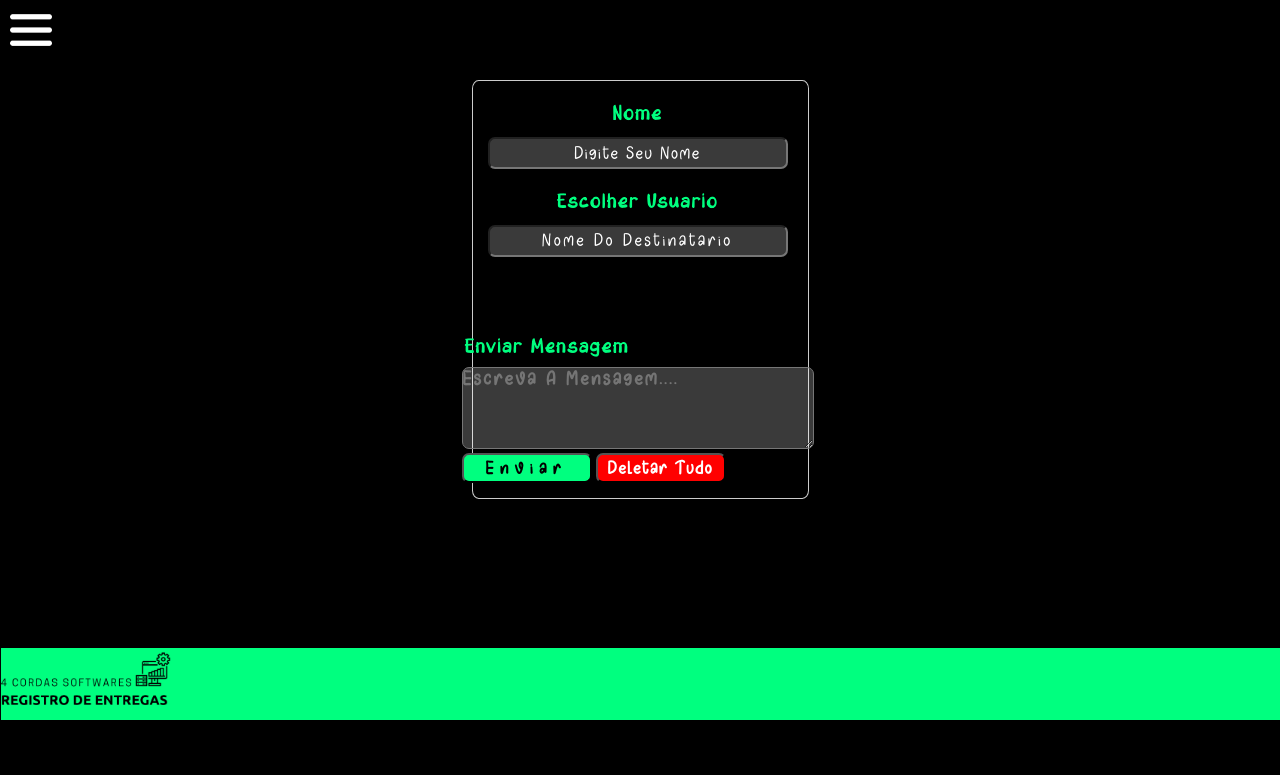
Repository: alfredo-allan/relatorioentregas
Page: pages/chatapp.html
The author's editor kept a copy of each file at every save. The page is drawn from the files as they stood at one save, then again after a run of saves.
The browser window is 1280 px wide. The pictures show the whole page.
The page's requests for data from a server got no answer.

Above is the page before, as saved 2024-05-16 22:16:49.
Console error: TypeError: Cannot read properties of null (reading 'addEventListener')

### pages/chatapp.html
<!DOCTYPE html>
<html lang="pt-BR">
  <head>
    <meta charset="UTF-8" />
    <meta name="viewport" content="width=device-width, initial-scale=1.0" />
    <link rel="stylesheet" href="../style/mediaqueries.css" />
    <link rel="stylesheet" href="../style/styles.css" />
    <style>
      @media screen and (min-width: 800px) and (max-width: 2050px) {
        footer img {
          width: 170px;
          height: 60px;
        }
        /* Outros estilos específicos para resoluções entre 1900px e 3090px */
      }
      * {
        padding: 0;
      }

      footer {
        position: fixed;
        bottom: 0;
        width: 100%;
        background-color: #00ff7f;
        margin: 0;
        padding: 0;
        margin-left: -7px;
      }
      @media screen and (min-width: 300px) and (max-width: 600px) {
        footer {
          height: 6vh;
        }
      }

      @media screen and (min-width: 800px) and (max-width: 2050px) {
        #menu-options img {
          width: 206px;
          position: relative;
          margin: 13px;
          margin-top: -44px;
          border-bottom: 1px solid black; /* Adiciona uma linha preta na parte inferior da imagem */
        }
        #menu-options {
          width: 25%;
          height: 54vh;
        }
        footer {
          position: fixed;
          bottom: 0;
          width: 100%;
          background-color: #00ff7f;
          margin: 0;
          padding: 0;
          margin-left: -7px;
        }
      }
    </style>
    <link rel="icon" type="image/x-icon" href="../favicon.ico" />
    <title>ChatApp</title>
  </head>
  <body>
    <header id="ChatApp">
      <img id="menu-icon" src="../img/barra-de-menu.png" alt="" />
      <div id="menu-options">
        <ul>
          <span
            id="close-icon"
            style="
              color: black;
              position: absolute;
              line-height: 0;
              font-size: 30px;
              margin-top: -20px;
              cursor: pointer;
            "
            >X</span
          >
          <img src="../img/4 cordassof.png" alt="" />
          <br />
          <a href="../index.html"><li>Home</li></a>
          <a href="../cdsentregas.html"><li>Registrar Entrega</li></a>
          <a href="../pages/apagar.html"><li>Apagar Entrega</li></a>
          <a href="../pages/consultar.html"><li>Consultar Entregas</li></a>
          <a href="../pages/registrar.html"><li>Registar-Se</li></a>
          <a href="../pages/sobre.html"><li>Sobre a 4cordas</li></a>
          <a href="../pages/instrucao.html"><li>Ajuda</li></a>
        </ul>
      </div>
      <!-- <h1 id="textchat">Chat Entregas</h1> -->
      <!-- <img id="imgchat" src="../img/bater-papo.png" alt="" /> -->
    </header>
    <div id="myModal" class="modal">
      <div class="modal-content">
        <span class="close">&times;</span>
        <p>Mensagem Enviada Com Sucesso!</p>
      </div>
    </div>
    <div id="form">
      <div id="consulta" class="column">
        <span>Nome</span>
        <input id="nomeusuario" type="text" placeholder="Digite Seu Nome" />
        <span>Escolher Usuário</span>
        <input placeholder="Nome Do Destinátario" id="lstUsu" type="text" />
        <div id="msgEnviar">
      <span>Enviar Mensagem</span> <br />
      <textarea
        placeholder="Escreva A Mensagem...."
        id="enviarMsg"
        type="text"
      ></textarea>
        <div id="btns">
          <button id="enviarmsg">Enviar</button>
          <button id="delMsg">Deletar Tudo</button>
        </div>
      </div>
    </div>
      <!-- <img id="imgEnviarmsg" src="../img/enviar-mensagem.png" alt="" /> -->
    </div>
    <footer>
      <img src="../img/4 cordassof.png" alt="" />
    </footer>
    <script>
      const inputNomeUsuario = document.getElementById("nomeusuario");

      inputNomeUsuario.addEventListener("input", () => {
        const nomeUsuario = inputNomeUsuario.value;

        fetch(`http://192.168.10.20:8033/usuarios/${nomeUsuario}`)
          .then((response) => {
            if (response.ok) {
              return response.json();
            } else {
              throw new Error("Usuário não encontrado");
            }
          })
          .then((data) => {
            console.log("Usuário encontrado:", data);
          })
          .catch((error) => {
            console.error("Erro:", error);
          });
      });
    </script>

    // Adicione este script abaixo do botão 'Selecionar' no seu HTML

    <script>
      const buttonSelecionar = document.getElementById("ctsUsu");

      buttonSelecionar.addEventListener("click", () => {
        const nomeUsuario = document.getElementById("lstUsu").value;

        fetch(`http://192.168.10.20:8033/usuarios/${nomeUsuario}`)
          .then((response) => {
            if (response.ok) {
              return response.json();
            } else {
              throw new Error("Usuário não encontrado");
            }
          })
          .then((data) => {
            console.log("Destinatário encontrado:", data);
          })
          .catch((error) => {
            console.error("Erro:", error);
          });
      });
    </script>

    // Adicione este script abaixo do botão 'Enviar' no seu HTML

    <script>
      const buttonEnviar = document.getElementById("enviarmsg");

      buttonEnviar.addEventListener("click", () => {
        const sender = document.getElementById("nomeusuario").value;
        const recipient = document.getElementById("lstUsu").value;
        const message = document.getElementById("enviarMsg").value;

        fetch("http://192.168.10.20:8033/enviar-mensagem", {
          method: "POST",
          headers: {
            "Content-Type": "application/json",
          },
          body: JSON.stringify({
            sender_username: sender,
            recipient_username: recipient,
            message: message,
          }),
        })
          .then((response) => {
            if (response.ok) {
              console.log("Mensagem enviada com sucesso");
            } else {
              throw new Error("Erro ao enviar mensagem");
            }
          })
          .catch((error) => {
            console.error("Erro:", error);
          });
      });
    </script>
    <script>
      let isTyping = false;

      // Função para verificar se o usuário está digitando
      function checkTyping() {
        const inputField = document.getElementById("enviarMsg");
        inputField.addEventListener("input", () => {
          isTyping = inputField.value.length > 0;
        });
      }

      function monitorNewMessages() {
        const nomeUsuario = document.getElementById("nomeusuario").value;

        // Lógica para buscar novas mensagens do servidor e inserir no campo msgEnviar
        fetch(`http://192.168.10.20:8033/mensagens/${nomeUsuario}`)
          .then((response) => {
            if (response.ok) {
              return response.json();
            } else {
              throw new Error("Erro ao buscar novas mensagens");
            }
          })
          .then((data) => {
            const messages = data; // Não precisamos acessar data.messages, pois a resposta do servidor já é uma lista de mensagens
            const msgEnviar = document.getElementById("msgEnviar");
            msgEnviar.innerHTML = ""; // Limpar mensagens antigas antes de adicionar as novas

            messages.forEach((message) => {
              const p = document.createElement("p");
              p.textContent = message.message; // A mensagem está no campo "message" do objeto de mensagem
              msgEnviar.appendChild(p);
            });
          })
          .catch((error) => {
            console.error("Erro ao buscar novas mensagens:", error);
          });
      }

      document.addEventListener("DOMContentLoaded", () => {
        monitorNewMessages();
      });

      // Adicionar esta função para limpar o campo de entrada após o envio de mensagem
      function limparCampoDeMensagem() {
        document.getElementById("enviarMsg").value = "";
      }
    </script>
    <script src="../script.js"></script>
  </body>
</html>

### style/mediaqueries.css
@media screen and (min-width: 300px) and (max-width: 600px) {
  footer {
    bottom: 0;
    img {
      display: none;
    }
    /* Outros estilos específicos para resoluções entre 1900px e 3090px */
  }

  @media screen and (min-width: 800px) and (max-width: 2050px) {
    footer img {
      width: 170px;
      height: 60px;
    }
  }
}

  @media screen and (min-width: 800px) and (max-width: 2050px) {
    #close-icon {
      margin-left: 250px;
    }
  }


@media screen and (min-width: 300px) and (max-width: 600px) {
  footer {
    height: 6vh;
    margin: 0;
    padding: 0;
    margin-top: 174px;
    position: absolute;
    width: 100%;
    margin-left: -7px;
  }
  #menu-options img {
    margin-top: -40px;
    border-bottom: 1px solid black; /* Adiciona uma linha preta na parte inferior da imagem */
    width: 210px;
  }
  #close-icon {
    margin-left: 224px;
  }
}

### style/styles.css
:root {
  --las-americas: "Las-americas", sans-serif;
  --gribble-font: "Gribble";
  --helootwuins-font: "HelooTwuins";
  --verde--color: #00ff7f;
}

body {
  background-color: black;
}

@font-face {
  font-family: "Las-americas";
  src: url("../fonts/las_americas/LasAmericas_PERSONAL_USE_ONLY.otf")
    format("truetype");
  /* Adicione mais formatos (e.g. woff, woff2) conforme necessário */
}

@font-face {
  font-family: "Gribble";
  src: url("../fonts/gribble/Gribble.ttf") format("truetype");
  /* Adicione mais formatos (e.g. woff, woff2) conforme necessário */
}

@font-face {
  font-family: "HelooTwuins";
  src: url("../fonts/hello_twins/HelloTwinsDEMO.otf") format("truetype");
  /* Adicione mais formatos (e.g. woff, woff2) conforme necessário */
}

header {
  img {
    width: 42px;
    margin-right: 14px;
    text-wrap: nowrap;
  }
}

footer {
  width: 100%;
  height: 10vh;
  background-color: #00ff7f;
  margin: 0;
  padding: 0;
}

img #menu-icon {
  margin-right: 20px;
  margin-left: -1%;
}

#text-top {
  text-align: center;
  font-family: var(--las-americas);
  color: white;
  letter-spacing: 1.2px;
  margin-top: 30px;
  font-size: 40px;
}

#delivery {
  color: red;
  font-family: var(--gribble-font);
  letter-spacing: 3px;
  font-size: 25px;
  font-weight: 900;
  color: var(--verde--color);
}

.column {
  display: flex;
  flex-direction: column;
  align-items: center;
  padding: 10px 20px 15px 15px;
  border: 1px solid #ccc;
  border-radius: 2%;
  width: 300px;
  margin: 0 auto;
  margin-top: -100px;
}

#form {
  border-radius: 2%;
  margin-top: 110px;
  margin-bottom: 250px;
  span {
    color: #00ff7f;
    font-family: var(--gribble-font);
    font-size: 20px;
    letter-spacing: 2px;
    font-weight: 600;
  }
}

input {
  text-align: center;
  margin-bottom: 5px;
  padding: 5px;
  width: 100%;
  box-sizing: border-box;
  font-weight: 600;
  margin-bottom: 10px;
  background-color: rgba(255, 255, 255, 0.226);
  color: white;
  font-family: var(--helootwuins-font);
  letter-spacing: 2px;
  font-size: 18px;
  border-radius: 7px;
}

input::placeholder {
  text-align: center;
  color: white;
  font-family: var(--helootwuins-font);
  font-weight: 400;
  font-size: 18px;
}

button {
  width: 130px;
  height: 30px;
  border-radius: 2%;
  background-color: var(--verde--color);
  font-family: var(--helootwuins-font);
  font-size: 18px;
  letter-spacing: 7px;
  font-weight: 900;
  border-radius: 7px;
}

#confirmButton {
  margin-left: 8px;
  margin-right: 20px;
}

#menu-icon {
  cursor: pointer;
  margin: 15px;
  margin-left: 2px;
  margin-top: 1px;
}

#menu-options {
  text-wrap: nowrap;
  display: none;
  position: absolute;
  top: 0;
  left: 0;
  margin-top: 0px;
  width: 70%;
  height: 70vh;
  background-color: #00ff7f;
  color: white;
  font-family: var(--gribble-font);
  font-weight: 900;
  border-bottom-right-radius: 10%;
  color: black;
  letter-spacing: 2px;
  z-index: 999;
  li {
    margin-top: 3px;
  }
}

a {
  text-decoration: none; /* Remove o sublinhado */
  color: black;
}

#menu-options ul {
  list-style: none;
  padding: 0;
  margin-left: 10px;
  font-size: 20px;
  margin-top: 40px;
}

#menu-options ul li {
  padding: 10px;
  /* margin: 10px; */
  text-wrap: nowrap;
  /* border-bottom: 1px solid white; */
}

#modal {
  background: black;
  text-align: center;
}

.modal {
  display: none; /* Escondido por padrão */
  position: fixed;
  z-index: 1;
  left: 0;
  top: 0;
  width: 100%;
  height: 100%;
  overflow: auto;
  background-color: rgba(0, 0, 0, 0.4);
}

.modal-content {
  background-color: #fefefe;
  margin: 15% auto;
  padding: 20px;
  border: 2px solid #888;
  width: 80%;
  border-radius: 10px;
  background-color: black;
  p {
    margin-top: 30px;
    text-align: left;
    text-wrap: nowrap;
    font-family: var(--gribble-font);
    letter-spacing: 3px;
    font-weight: 600;
    font-size: 20px;
    color: var(--verde--color);
  }
}

.close {
  color: #aaa;
  float: right;
  font-size: 28px;
  font-weight: bold;
}

.close:hover,
.close:focus {
  color: black;
  text-decoration: none;
  cursor: pointer;
}

#data-list {
  margin: 0 auto;
  left: 50%;
  transform: translateX(-50%);
  margin: 0 auto;
  left: 50%;
  top: 60%;
  transform: translate(-50%, -50%);
  /* border: 1px solid var(--cor-azul); */
  color: var(--verde--color);
  border-radius: 5px;
  height: 340px;
  overflow-y: auto;
  position: absolute;
  z-index: -1;
  margin-top: 110px;
  margin-left: 0px;
  width: 336px;
  list-style: none;
  .name {
    font-family: var(--helootwuins-font);
    font-weight: 900;
    font-size: 20px;
    letter-spacing: 1px;
  }
  .item {
    font-family: var(--helootwuins-font);
    font-weight: 500;
    font-size: 20px;
    color: white;
    letter-spacing: 1px;
  }
}

#data-list {
  width: 340px;
  height: 180px;
  overflow: auto;
  /* border: 1px solid black; */
  /* scrollbar-color: var(--verde--color) var(--verde--color); */
}

#data-list img {
  width: 25px;
  margin-left: 15px;
  margin-right: 0px;
}

#data-list::-webkit-scrollbar {
  width: 10px; /* Largura da barra de rolagem */
}

#data-list::-webkit-scrollbar-thumb {
  background-color: white; /* Cor da barra de rolagem */
  border-radius: 5px; /* Raio de borda da barra de rolagem */
}

#texto-descritivo {
  text-align: justify;
  margin-top: 200px;
  position: fixed;
  font-family: var(--luthier-font);
  letter-spacing: 3px;
  line-height: 2;
  margin-right: 8px;
  font-weight: 900;
  color: var(--verde--color);
}

.name {
  font-family: var(--gribble-font);
  font-weight: 900;
  font-size: 17px;
}
.item {
  font-family: var(--helootwuins-font);
  font-weight: 500;
  font-size: 15;
  color: white;
}

#textchat {
  font-family: var(--las-americas);
  color: white;
  letter-spacing: 10px;
  margin-left: 10px;
  font-size: 40px;
  margin-top: 6px;
}

#imgchat {
  width: 60px;
  position: absolute;
  margin-left: 295px;
  margin-top: -60px;
}

#message {
  input {
    width: 220px;
  }
}

#login {
  width: 226px;
  margin-top: 50px;
  input {
    font-family: var(--gribble-font);
    letter-spacing: 3px;
  }
}

span {
  color: var(--verde--color);
  font-family: var(--gribble-font);
  font-size: 20px;
  padding: 3px;
  line-height: 2;
  letter-spacing: 3px;
  font-weight: 900;
}

#msgInput {
  width: 220px;
  height: 80px;
  background-color: rgba(255, 255, 255, 0.226);
  border-radius: 7px;
  font-family: var(--helootwuins-font);
  font-size: 17px;
  letter-spacing: 3px;
  color: var(--verde--color);
  font-weight: 600;
}

#enviarMsg {
  width: 350px;
  height: 80px;
  background-color: rgba(255, 255, 255, 0.226);
  border-radius: 7px;
  font-family: var(--helootwuins-font);
  font-size: 17px;
  letter-spacing: 3px;
  color: white;
  font-weight: 600;
}

#msgEnviar {
  margin-top: 60px;
}

#enviarMsg {
  letter-spacing: 3px;
  outline: none;
  font-size: 20px;
}

/* #enviarmsg {
  margin-top: 93px;
  position: absolute;
  margin-left: -330px;
} */

#delMsg {
  letter-spacing: 2px;
  background-color: red;
  color: white;
}

#imgEnviarmsg {
  width: 35px;
  margin-left: 11px;
  position: absolute;
}

#textRegister {
  font-family: var(--las-americas);
  color: white;
  letter-spacing: 3px;
  margin-top: 10px;
  text-align: center;
  letter-spacing: 3px;
}

/* #lstUsu {
  width: 226px;
  position: absolute;
  margin-top: -38px;
} */

input#lstUsu {
  font-family: var(--gribble-font);
  letter-spacing: 3px;
}

#ctsUsu {
  position: absolute;
  margin-left: 0px;
  margin-top: 0px;
  line-height: 1px;
}

#utlizador {
  position: fixed;
  width: 35px;
  margin-left: 13px;
}

#msgEntrada {
  width: 35px;
  position: absolute;
  margin-left: 13px;
}

#multiUsu {
  position: absolute;
  width: 35px;
  margin-left: 238px;
  margin-top: -34px;
  margin-top: -21px;
}

#close-icon {
  color: black;
  position: absolute;
  line-height: 0; font-size: 30px;
  margin-top: -20px; cursor: pointer;
}

### script.js
const menuIcon = document.getElementById("menu-icon");
const menuOptions = document.getElementById("menu-options");
const closeIcon = document.getElementById("close-icon");

menuIcon.addEventListener("click", function () {
  if (menuOptions.style.display === "none") {
    menuOptions.style.display = "block";
  } else {
    menuOptions.style.display = "none";
  }
});

closeIcon.addEventListener("click", function () {
  menuOptions.style.display = "none";
});

//input data pagina index e registro
document.getElementById("data-entrega").value = new Date()
  .toISOString()
  .slice(0, 10);
var currentDate = new Date().toISOString().slice(0, 10);
var formattedDate = currentDate.split("-").reverse().join("/");
document.getElementById("data-entrega").value = formattedDate;
document.getElementById("data-entrega").addEventListener("input", formatarData);

After the next 3 saves:
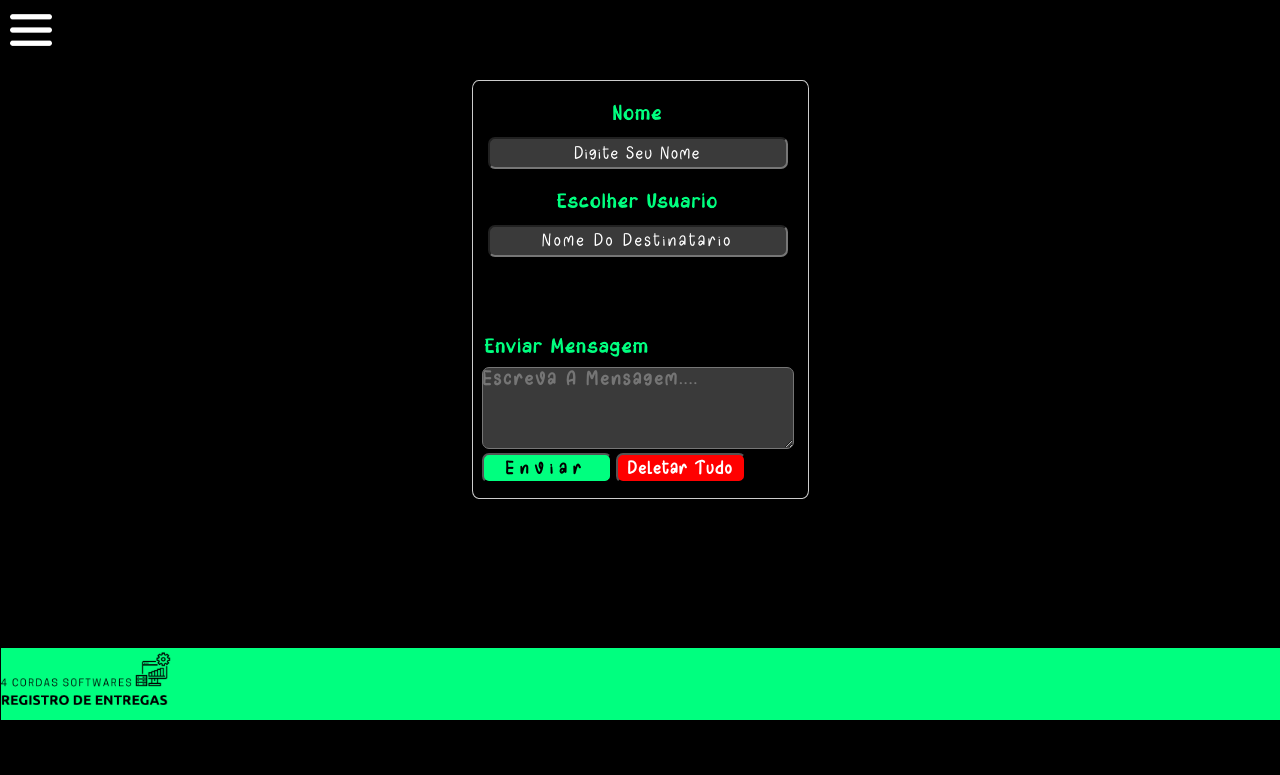
The 3 saves are shown as one change because they came seconds apart.
The last was saved 10 h 18 min later.
--- a/style/styles.css
+++ b/style/styles.css
@@ -368,7 +368,7 @@ span {
 }
 
 #enviarMsg {
-  width: 350px;
+  width: 310px;
   height: 80px;
   background-color: rgba(255, 255, 255, 0.226);
   border-radius: 7px;
@@ -457,6 +457,8 @@ input#lstUsu {
 #close-icon {
   color: black;
   position: absolute;
-  line-height: 0; font-size: 30px;
-  margin-top: -20px; cursor: pointer;
-}
+  line-height: 0;
+  font-size: 30px;
+  margin-top: -20px;
+  cursor: pointer;
+}
